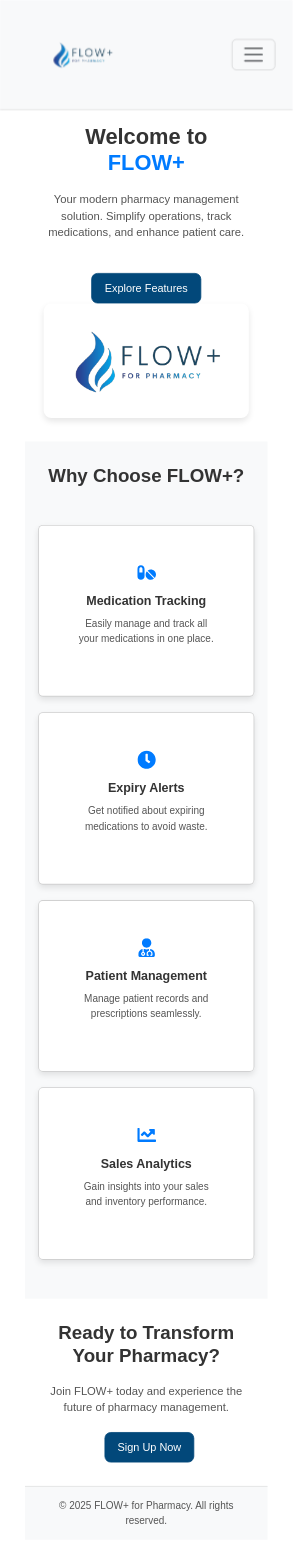
Repository: bindukabusara/Frontend
Page: /
The author's editor kept a copy of each file at every save. The page is drawn from the files as they stood at one save, then again after the next save.
The browser window is 375 px wide. The pictures show the whole page, at 78% of full size.
The project was rebuilt for these pictures with package versions that can differ from the ones it lists, and the page was loaded fresh each time. Also part of the build but not shown: vite.config.js, src/components/authentification/Signup.css, src/components/authentification/Signup.jsx, src/components/authentification/Login.jsx, src/components/Pharmacy/Sidebar/sidebar.css, src/components/Pharmacy/Sidebar/Sidebar.jsx, src/components/Pharmacy/Sidebar/Navbar.jsx, src/components/Content/Dashboard.jsx and 16 more.

Above is the page before, as saved 2025-03-25 20:38:10.

### index.html
<!doctype html>
<html lang="en">

<head>
  <meta charset="UTF-8" />
  <link rel="icon" type="image/png" href="/Logo.png" />
  <meta name="viewport" content="width=device-width, initial-scale=1.0" />
  <title> FLOW +</title>

</head>

<body>
  <div id="root"></div>
  <script type="module" src="/src/main.jsx"></script>
</body>

</html>

### src/App.jsx
import Home from './components/Home';
import Signup from '../src/components/authentification/Signup'
import './App.css';
import 'bootstrap/dist/css/bootstrap.min.css';
import { BrowserRouter, Routes, Route } from 'react-router-dom';
import Login from '../src/components/authentification/Login';
import Sidebar from '../src/components/Pharmacy/Sidebar/Sidebar'
import Dashboard from '../src/components/Content/Dashboard'
import MedicationStore from './components/Content/MedicationStore';
import ExpiringMedications from "./components/Content/ExpiringMedications";
import Navbar from "./components/Pharmacy/Sidebar/Navbar";
import ReportP from "./components/Content/ReportP";
import OrderPage from './components/Content/OrderPage';

// Patient side
import Dash from './componentp/contents/Dash';
import Card from './componentp/contents/Card';

//store side
import Store from './components/saler/Content/store';
import DashboardS from './components/saler/Content/DashboardS';
import ExpiringMedicationsS from "./components/saler/Content/ExpiringMedicationsS";
import ReportS from "./components/saler/Content/ReportS";


function App() {
  return (
    <BrowserRouter>
      <Routes>
        <Route path="/" element={<Home />} index /> {/* Set Home as the default page */}
        <Route path='/navbar' element={<Navbar />} />
        <Route path='/home' element={<Home />} />
        <Route path="/dashboard" element={<Dashboard />} />
        <Route path='/register' element={<Signup />} />
        <Route path='/login' element={<Login />} />
        <Route path='/sidebar' element={<Sidebar />} />
        <Route path='/medications' element={<MedicationStore />} />
        <Route path="/expiring-medications" element={<ExpiringMedications />} />
        <Route path='/reportP' element={<ReportP/>}/>
        <Route path='/order' element={<OrderPage/>}/>

        <Route path='/dash' element={<Dash/>}/>
        <Route path='/card' element={<Card/>}/>

        <Route path='/store' element={<Store/>}/>
        <Route path="/dashboardS" element={<DashboardS />} />
        <Route path="/expiring-medicationsS" element={<ExpiringMedicationsS />} />
        <Route path='/reportS' element={<ReportS/>}/>

      </Routes>
    </BrowserRouter>
  );
}

export default App;

### src/App.css
#root {
  max-width: 1280px;
  margin: 0 auto;
  padding: 2rem;
  text-align: center;
}

.logo {
  height: 6em;
  padding: 1.5em;
  will-change: filter;
  transition: filter 300ms;
}
.logo:hover {
  filter: drop-shadow(0 0 2em #646cffaa);
}
.logo.react:hover {
  filter: drop-shadow(0 0 2em #61dafbaa);
}

@keyframes logo-spin {
  from {
    transform: rotate(0deg);
  }
  to {
    transform: rotate(360deg);
  }
}

@media (prefers-reduced-motion: no-preference) {
  a:nth-of-type(2) .logo {
    animation: logo-spin infinite 20s linear;
  }
}

.card {
  padding: 2em;
}

.read-the-docs {
  color: #ffffff;
}

### src/components/Content/ExpiringMedications.css
.expiring-medications-container {
    display: flex;
  }

  .main-content {
    flex: 1;
    padding: 20px;
  }

  .medication-image {
    width: 50px;
    height: 50px;
    object-fit: cover;
    border-radius: 5px;
  }
  .expiring-medications-container {
    display: flex;
  }

  .main-content {
    flex: 1;
    padding: 10px;
    background-color: #f8f9fa;
  }

  /* Card styling */
  .expired-card {
    background-color: #ff4444; /* Red background for expired medications */
    color: white; /* White text */
    border-radius: 10px;
    box-shadow: 0 4px 8px rgba(0, 0, 0, 0.1);
  }

  .expiring-soon-card {
    background-color: #ffb444; /* Orange background for expiring soon medications */
    color: white; /* White text */
    border-radius: 10px;
    box-shadow: 0 4px 8px rgba(0, 0, 0, 0.1);
  }

  .expiring-three-months-card {
    background-color: #44b4ff; /* Blue background for expiring in three months medications */
    color: white; /* White text */
    border-radius: 10px;
    box-shadow: 0 4px 8px rgba(0, 0, 0, 0.1);
  }

  /* Dropdown styling */
  .dropdown-toggle {
    width: 100%;
    text-align: left;
    background-color: transparent;
    border: none;
  }

  .dropdown-menu {
    width: 100%;
    max-height: 200px;
    overflow-y: auto;
  }

  .dropdown-item {
    padding: 10px;
    color: #333;
  }

  .dropdown-item:hover {
    background-color: #f8f9fa;
  }

  /* Description styling */
  p {
    margin-top: 10px;
    font-size: 14px;
    color: #fff;
  }

  .expiring-medications-container {
    display: flex;
  }

  .main-content {
    flex: 1;
    padding: 20px;
    background-color: #efeeee;
  }

  /* Card styling */
  .expired-card,
  .expiring-soon-card,
  .expiring-three-months-card {
    background-color: #ffffff; /* White background for cards */
    border-radius: 10px;
    box-shadow: 0 4px 8px rgba(0, 0, 0, 0.1);
    padding: 20px;
  }

  /* Button styling */
  .custom-button {
    background-color: #02487a; /* Blue background */
    color: white; /* White text */
    font-weight: bold; /* Bold text */
    border: none;
    padding: 10px 20px;
    border-radius: 5px;
    width: 100%;
    text-align: left;
    display: flex;
    align-items: center;
    transition: background-color 0.3s ease;
  }

  .custom-button:hover {
    background-color: #1a4661; /* Darker blue on hover */
  }

  /* Icon styling */
  .button-icon {
    margin-right: 10px;
    font-size: 18px;
  }

  /* Description styling */
  p {
    margin-top: 10px;
    font-size: 18px;
    color: #555;
  }

### src/components/Pharmacy/Sidebar/Navbar.css
/* Navbar Styles */
.navbar {
  background-color: #fff; /* Updated navbar color */
  color: #fff; /* White text */
  padding: 5px 10px;
  box-shadow: 0 2px 5px rgba(255, 255, 255, 0.1);
  position: fixed;
  top: 0;
  left: 0;
  width: 100%;
  z-index: 100;
  display: flex;
  align-items: center;
}

.navbar-content {
  display: flex;
  align-items: center;
  width: 100%;
  max-width: 1200px;
  margin: 0 auto;
}



.navbar-logo img {
  height: 70px; /* Adjust logo size */
}

/* Logout option styling */
.navbar-actions {
  margin-left: auto; /* Push logout to the extreme right */
  display: flex;
  align-items: center;
}

.navbar-actions .logout-option {
  color: #000000;
  cursor: pointer;
  font-size: 16px;
  display: flex;
  align-items: center;
  gap: 8px; /* Space between icon and text */
  transition: opacity 0.3s ease;
}

.navbar-actions .logout-option:hover {
  opacity: 0.8; /* Slight fade on hover */
}

/* Logout icon styling */
.navbar-actions .logout-option svg {
  width: 16px;
  height: 16px;
}

/* Logout Popup Overlay */
.logout-popup-overlay {
  position: fixed;
  top: 0;
  left: 0;
  width: 100%;
  height: 100%;
  background-color: rgba(0, 0, 0, 0.5); /* Semi-transparent black overlay */
  display: flex;
  justify-content: center;
  align-items: center;
  z-index: 1001;
}

/* Logout Popup */
.logout-popup {
  background-color: #fff;
  padding: 20px;
  border-radius: 10px;
  box-shadow: 0 2px 10px rgba(0, 0, 0, 0.1);
  text-align: center;
  max-width: 300px;
  width: 100%;
}

.logout-popup h3 {
  margin-bottom: 20px;
  color: #333;
}

.popup-buttons {
  display: flex;
  justify-content: center;
  gap: 10px;
}

.popup-buttons button {
  padding: 8px 16px;
  border: none;
  border-radius: 5px;
  cursor: pointer;
  font-size: 14px;
  transition: background-color 0.3s ease;
}

.popup-buttons .confirm-button {
  background-color: #ff4d4d; /* Red button */
  color: #fff;
}

.popup-buttons .confirm-button:hover {
  background-color: #e60000; /* Darker red on hover */
}

.popup-buttons .cancel-button {
  background-color: #1D328D; /* Updated navbar color */
  color: #fff;
}

.popup-buttons .cancel-button:hover {
  background-color: #16236b; /* Darker blue on hover */
}

### src/components/Content/Report.css
/* Report.css */
.report-page-container {
  display: flex;
  flex-direction: column;
  min-height: 100vh;
  background-color: #f8f9fa; /* Light background for the entire page */
}

.main-content {
  flex: 1;
  padding: 20px;
  margin-left: 250px; /* Adjust based on your sidebar width */
}

/* Cards styling */
.report-card {
  text-align: center;
  margin-bottom: 20px;
  box-shadow: 0 4px 8px rgba(0, 0, 0, 0.1);
  border: none;
  border-radius: 10px;
  transition: transform 0.2s, box-shadow 0.2s;
  height: 150px; /* Fixed height for all cards */
  display: flex;
  flex-direction: column;
  justify-content: space-between;
  overflow: hidden; /* Ensure content doesn't overflow */
}

.report-card:hover {
  transform: translateY(-5px);
  box-shadow: 0 8px 16px rgba(0, 0, 0, 0.2);
}

/* Upper part of the card (title) */
.report-card .card-title-section {
  background-color: #fff; /* White background for the title */
  padding: 15px;
  border-bottom: 1px solid #ddd; /* Separator line */
}

.report-card .card-title {
  font-size: 1.1rem;
  font-weight: bold;
  color: #333; /* Darker text for better readability */
  margin: 0; /* Remove default margin */
}

/* Lower part of the card (value) */
.report-card .card-value-section {
  flex: 1;
  display: flex;
  align-items: center;
  justify-content: center;
  padding: 15px;
}

.report-card .card-value {
  font-size: 1.5rem;
  font-weight: bold;
  color: #fff; /* White text for better contrast */
  margin: 0; /* Remove default margin */
}

/* Year selection dropdown */
.form-group label {
  font-weight: bold;
  color: #555;
}

.form-control {
  border-radius: 5px;
  border: 1px solid #ced4da;
}

/* Graph cards */
.graph-card {
  padding: 20px;
  border: none;
  border-radius: 10px;
  box-shadow: 0 4px 8px rgba(0, 0, 0, 0.1);
  background-color: #fff;
}

.graph-card h4 {
  margin-bottom: 20px;
  font-weight: bold;
  color: #333;
}

/* Pie chart styling */
.pie-chart-container {
  display: flex;
  justify-content: center;
  align-items: center;
  height: 100%; /* Ensure the pie chart fits the card */
}

/* Bar chart styling */
.bar-chart-container {
  height: 400px; /* Fixed height for the bar chart */
}

/* Detailed table styling */
.detailed-report-card {
  padding: 20px;
  border: none;
  border-radius: 10px;
  box-shadow: 0 4px 8px rgba(0, 0, 0, 0.1);
  background-color: #fff;
}

.detailed-report-card h4 {
  margin-bottom: 20px;
  font-weight: bold;
  color: #333;
}

.detailed-report-card table {
  width: 100%;
  border-collapse: collapse;
}

.detailed-report-card th,
.detailed-report-card td {
  padding: 12px;
  text-align: left;
  border-bottom: 1px solid #ddd;
}

.detailed-report-card th {
  background-color: #007bff;
  color: #fff;
  font-weight: bold;
}

.detailed-report-card tr:hover {
  background-color: #f1f1f1;
}

/* Print-specific styles */
@media print {
  .report-page-container {
    display: block;
  }

  .main-content {
    padding: 0;
  }

  .report-card {
    box-shadow: none;
    border: 1px solid #ddd;
  }

  .report-card .card-value {
    color: #000;
  }

  .btn {
    display: none; /* Hide the print button when printing */
  }
}

### src/components/Content/order.css
.all-carts-page-container {
    padding: 20px;
  }

  .main-content {
    margin-left: 250px; /* Adjust based on your sidebar width */
  }

  .medication-image {
    width: 50px;
    height: 50px;
    object-fit: cover;
    margin-right: 10px;
  }

  .table td {
    vertical-align: middle; /* Align content vertically in the middle */
  }

  .modal-body {
    padding: 20px;
  }

  .modal-footer {
    justify-content: space-between;
  }

  /* Style the time input */
  input[type="time"] {
    padding: 8px;
    border: 1px solid #ccc;
    border-radius: 4px;
    width: 100%;
  }

  /* Style the "Add Another Time" button */
  .btn-secondary {
    margin-top: 10px;
  }

  .custom-table {
    width: 100%;
    border-collapse: collapse;
    margin-top: 20px;
    box-shadow: 0 4px 8px rgba(0, 0, 0, 0.1);
    background-color: #fff;
  }

  .custom-table th,
  .custom-table td {
    padding: 12px;
    text-align: left;
    border-bottom: 1px solid #ddd;
  }

  .custom-table th {
    background-color: #02487a;
    color: #fff;
    font-weight: bold;
    text-transform: uppercase;
    font-size: 12px;
  }

  .custom-table tbody tr:hover {
    background-color: #f1f1f1;
  }

  .custom-table tbody tr:nth-child(even) {
    background-color: #f9f9f9;
  }

  /* Medication Image Styling */
  .medication-image {
    width: 30px;
    height: 30px;
    border-radius: 5px;
    object-fit: cover;
  }

  /* Button Styling */
  .btn-primary {
    background-color:#02487a;
    border-color: #02487a;
    font-size: 14px;
    padding: 8px 16px;
  }

  .btn-primary:hover {
    background-color: #02487a;;
    border-color:#02487a;;
  }

### src/componentp/contents/Orders.css
/* General Styles */
.order-container {
  display: flex;
  flex-direction: column;
  min-height: 100vh;
  padding-top: 70px;
}

.main-content {
  flex-grow: 1;
  padding: 20px;
  margin-left: 320px;
  transition: margin-left 0.3s ease;
}

@media (max-width: 768px) {
  .main-content {
    margin-left: 0;
    padding: 15px;
  }
}

h2 {
  text-align: center;
  margin-bottom: 20px;
  color: #02487a;
}

/* Search Bar Styles */
.search-bar {
  margin-bottom: 20px;
}

.search-bar input {
  width: 100%;
  padding: 10px;
  border-radius: 5px;
  border: 1px solid #ddd;
  font-size: 16px;
  box-shadow: 0px 2px 4px rgba(0, 0, 0, 0.1);
}

.search-bar input:focus {
  border-color: #02487a;
  outline: none;
}

/* Medication Card Styles */
.med-card {
  border-radius: 10px;
  overflow: hidden;
  box-shadow: 0px 4px 8px rgba(0, 0, 0, 0.1);
  text-align: center;
  padding: 15px;
  background: white;
  transition: transform 0.2s ease-in-out;
  height: 320px;
  display: flex;
  flex-direction: column;
  justify-content: space-between;
  margin-bottom: 20px;
}

.med-card:hover {
  transform: translateY(-5px);
}

.med-img-container {
  display: flex;
  justify-content: center;
  align-items: center;
  height: 150px;
  background: #f8f8f8;
}

.med-img {
  max-height: 100%;
  max-width: 100%;
  object-fit: cover;
}

.med-name {
  font-size: 16px;
  font-weight: bold;
  margin: 10px 0;
}

.med-price {
  font-size: 14px;
  font-weight: bold;
  color: #007bff;
}

.add-btn {
  background-color: #02487a;
  color: white;
  border: none;
  font-size: 16px;
  font-weight: bold;
  border-radius: 5px;
  width: 100%;
  height: 40px;
  text-align: center;
  padding: 5px;
  margin-top: 10px;
}

.add-btn:hover {
  background-color: #02487a;
}

/* Cart Styles */
.cart-item {
  display: flex;
  align-items: center;
  justify-content: space-between;
  margin-bottom: 15px;
  padding: 10px;
  border-bottom: 1px solid #ddd;
}

.cart-img {
  width: 50px;
  height: 50px;
  object-fit: cover;
  border-radius: 5px;
}

.cart-controls {
  display: flex;
  align-items: center;
  gap: 5px;
}

.cart-controls button {
  border: none;
  font-size: 16px;
  width: 30px;
  height: 30px;
  border-radius: 5px;
}

.cart-controls button:first-child {
  background-color: #dc3545;
  color: white;
}

.cart-controls button:last-child {
  background-color: #02487a;
  color: white;
}

.cart-controls span {
  font-size: 16px;
  font-weight: bold;
  min-width: 30px;
  text-align: center;
}

/* Shopping Cart Styles */
.cart-summary {
  margin-top: 20px;
  padding: 15px;
  background: #f8f8f8;
  border-radius: 10px;
  position: sticky;
  bottom: 0;
  z-index: 1;
}

.cart-summary p {
  margin: 5px 0;
}

.cart-summary .total {
  font-size: 18px;
  font-weight: bold;
  margin-top: 10px;
}

.cart-summary .checkout-btn {
  background-color: #02487a;
  color: white;
  border: none;
  font-size: 16px;
  font-weight: bold;
  border-radius: 5px;
  width: 100%;
  height: 40px;
  text-align: center;
  padding: 5px;
  margin-top: 10px;
}

.cart-summary .checkout-btn:hover {
  background-color: #02487a;
}

.delete-icon {
  color: #dc3545;
  cursor: pointer;
  font-size: 18px;
}

/* Responsive Grid Adjustments */
@media (max-width: 1200px) {
  .med-card {
    height: auto;
  }
}

@media (max-width: 768px) {
  .main-content {
    padding: 10px;
  }

  .med-card {
    height: auto;
    padding: 10px;
  }

  .add-btn {
    font-size: 14px;
    height: 35px;
  }

  .cart-img {
    width: 40px;
    height: 40px;
  }
}

@media (max-width: 576px) {
  .main-content {
    padding-left: 15px;
    padding-right: 15px;
  }

  .med-card {
    border-radius: 10px;
    margin-bottom: 15px;
    box-shadow: 0px 2px 4px rgba(0, 0, 0, 0.1);
  }

  .user-info {
    padding-left: 0;
    padding-right: 0;
  }

  .search-bar {
    padding-left: 0;
    padding-right: 0;
  }
}

/* Add these at the bottom of your existing Orders.css */
@media (max-width: 576px) {
  .order-container {
    padding-top: 60px;
  }

  .main-content {
    padding: 10px;
    width: 100%;
    margin-left: 0;
    box-sizing: border-box;
  }

  .med-card {
    width: 100%;
    height: auto;
    margin-bottom: 15px;
    padding: 10px;
  }

  .med-img-container {
    height: 120px;
  }

  .row {
    margin-left: 0;
    margin-right: 0;
  }

  .col-md-3 {
    padding-left: 5px;
    padding-right: 5px;
    flex: 0 0 100%;
    max-width: 100%;
  }

  .search-bar {
    width: 100%;
    padding: 0;
  }

  .user-info {
    padding: 0 10px;
  }

  /* Ensure no horizontal overflow */
  body, html {
    overflow-x: hidden;
    width: 100%;
  }
}

### src/components/saler/Content/ExpiringMedications.css
.expiring-medications-container {
    display: flex;
  }

  .main-content {
    flex: 1;
    padding: 20px;
  }

  .medication-image {
    width: 50px;
    height: 50px;
    object-fit: cover;
    border-radius: 5px;
  }
  .expiring-medications-container {
    display: flex;
  }

  .main-content {
    flex: 1;
    padding: 10px;
    background-color: #f8f9fa;
  }

  /* Card styling */
  .expired-card {
    background-color: #ff4444; /* Red background for expired medications */
    color: white; /* White text */
    border-radius: 10px;
    box-shadow: 0 4px 8px rgba(0, 0, 0, 0.1);
  }

  .expiring-soon-card {
    background-color: #ffb444; /* Orange background for expiring soon medications */
    color: white; /* White text */
    border-radius: 10px;
    box-shadow: 0 4px 8px rgba(0, 0, 0, 0.1);
  }

  .expiring-three-months-card {
    background-color: #44b4ff; /* Blue background for expiring in three months medications */
    color: white; /* White text */
    border-radius: 10px;
    box-shadow: 0 4px 8px rgba(0, 0, 0, 0.1);
  }

  /* Dropdown styling */
  .dropdown-toggle {
    width: 100%;
    text-align: left;
    background-color: transparent;
    border: none;
  }

  .dropdown-menu {
    width: 100%;
    max-height: 200px;
    overflow-y: auto;
  }

  .dropdown-item {
    padding: 10px;
    color: #333;
  }

  .dropdown-item:hover {
    background-color: #f8f9fa;
  }

  /* Description styling */
  p {
    margin-top: 10px;
    font-size: 14px;
    color: #fff;
  }

  .expiring-medications-container {
    display: flex;
  }

  .main-content {
    flex: 1;
    padding: 20px;
    background-color: #efeeee;
  }

  /* Card styling */
  .expired-card,
  .expiring-soon-card,
  .expiring-three-months-card {
    background-color: #ffffff; /* White background for cards */
    border-radius: 10px;
    box-shadow: 0 4px 8px rgba(0, 0, 0, 0.1);
    padding: 20px;
  }

  /* Button styling */
  .custom-button {
    background-color: #02487a; /* Blue background */
    color: white; /* White text */
    font-weight: bold; /* Bold text */
    border: none;
    padding: 10px 20px;
    border-radius: 5px;
    width: 100%;
    text-align: left;
    display: flex;
    align-items: center;
    transition: background-color 0.3s ease;
  }

  .custom-button:hover {
    background-color: #1a4661; /* Darker blue on hover */
  }

  /* Icon styling */
  .button-icon {
    margin-right: 10px;
    font-size: 18px;
  }

  /* Description styling */
  p {
    margin-top: 10px;
    font-size: 18px;
    color: #555;
  }

### src/componentp/bar/Navbar.css
/* Navbar Styles */
.navbar {
  background-color: #fff; /* Updated navbar color */
  color: #fff; /* White text */
  padding: 5px 10px;
  box-shadow: 0 2px 5px rgba(255, 255, 255, 0.1);
  position: fixed;
  top: 0;
  left: 0;
  width: 100%;
  z-index: 100;
  display: flex;
  align-items: center;
}

.navbar-content {
  display: flex;
  align-items: center;
  width: 100%;
  max-width: 1200px;
  margin: 0 auto;
}



.navbar-logo img {
  height: 70px; /* Adjust logo size */
}

/* Logout option styling */
.navbar-actions {
  margin-left: auto; /* Push logout to the extreme right */
  display: flex;
  align-items: center;
}

.navbar-actions .logout-option {
  color: #000000;
  cursor: pointer;
  font-size: 16px;
  display: flex;
  align-items: center;
  gap: 8px; /* Space between icon and text */
  transition: opacity 0.3s ease;
}

.navbar-actions .logout-option:hover {
  opacity: 0.8; /* Slight fade on hover */
}

/* Logout icon styling */
.navbar-actions .logout-option svg {
  width: 16px;
  height: 16px;
}

/* Logout Popup Overlay */
.logout-popup-overlay {
  position: fixed;
  top: 0;
  left: 0;
  width: 100%;
  height: 100%;
  background-color: rgba(0, 0, 0, 0.5); /* Semi-transparent black overlay */
  display: flex;
  justify-content: center;
  align-items: center;
  z-index: 1001;
}

/* Logout Popup */
.logout-popup {
  background-color: #fff;
  padding: 20px;
  border-radius: 10px;
  box-shadow: 0 2px 10px rgba(0, 0, 0, 0.1);
  text-align: center;
  max-width: 300px;
  width: 100%;
}

.logout-popup h3 {
  margin-bottom: 20px;
  color: #333;
}

.popup-buttons {
  display: flex;
  justify-content: center;
  gap: 10px;
}

.popup-buttons button {
  padding: 8px 16px;
  border: none;
  border-radius: 5px;
  cursor: pointer;
  font-size: 14px;
  transition: background-color 0.3s ease;
}

.popup-buttons .confirm-button {
  background-color: #ff4d4d; /* Red button */
  color: #fff;
}

.popup-buttons .confirm-button:hover {
  background-color: #e60000; /* Darker red on hover */
}

.popup-buttons .cancel-button {
  background-color: #1D328D; /* Updated navbar color */
  color: #fff;
}

.popup-buttons .cancel-button:hover {
  background-color: #16236b; /* Darker blue on hover */
}

### src/components/saler/Bar/Navbar.css
/* Navbar Styles */
.navbar {
  background-color: #fff; /* Updated navbar color */
  color: #fff; /* White text */
  padding: 5px 10px;
  box-shadow: 0 2px 5px rgba(255, 255, 255, 0.1);
  position: fixed;
  top: 0;
  left: 0;
  width: 100%;
  z-index: 100;
  display: flex;
  align-items: center;
}

.navbar-content {
  display: flex;
  align-items: center;
  width: 100%;
  max-width: 1200px;
  margin: 0 auto;
}



.navbar-logo img {
  height: 70px; /* Adjust logo size */
}

/* Logout option styling */
.navbar-actions {
  margin-left: auto; /* Push logout to the extreme right */
  display: flex;
  align-items: center;
}

.navbar-actions .logout-option {
  color: #000000;
  cursor: pointer;
  font-size: 16px;
  display: flex;
  align-items: center;
  gap: 8px; /* Space between icon and text */
  transition: opacity 0.3s ease;
}

.navbar-actions .logout-option:hover {
  opacity: 0.8; /* Slight fade on hover */
}

/* Logout icon styling */
.navbar-actions .logout-option svg {
  width: 16px;
  height: 16px;
}

/* Logout Popup Overlay */
.logout-popup-overlay {
  position: fixed;
  top: 0;
  left: 0;
  width: 100%;
  height: 100%;
  background-color: rgba(0, 0, 0, 0.5); /* Semi-transparent black overlay */
  display: flex;
  justify-content: center;
  align-items: center;
  z-index: 1001;
}

/* Logout Popup */
.logout-popup {
  background-color: #fff;
  padding: 20px;
  border-radius: 10px;
  box-shadow: 0 2px 10px rgba(0, 0, 0, 0.1);
  text-align: center;
  max-width: 300px;
  width: 100%;
}

.logout-popup h3 {
  margin-bottom: 20px;
  color: #333;
}

.popup-buttons {
  display: flex;
  justify-content: center;
  gap: 10px;
}

.popup-buttons button {
  padding: 8px 16px;
  border: none;
  border-radius: 5px;
  cursor: pointer;
  font-size: 14px;
  transition: background-color 0.3s ease;
}

.popup-buttons .confirm-button {
  background-color: #ff4d4d; /* Red button */
  color: #fff;
}

.popup-buttons .confirm-button:hover {
  background-color: #e60000; /* Darker red on hover */
}

.popup-buttons .cancel-button {
  background-color: #1D328D; /* Updated navbar color */
  color: #fff;
}

.popup-buttons .cancel-button:hover {
  background-color: #16236b; /* Darker blue on hover */
}

Loaded but not shown: src/main.jsx (common file); src/index.css (common file); src/components/Home.jsx (182 lines, source omitted); src/components/Content/MedicationStore.css (337 lines, source omitted); src/components/Home.css (293 lines, source omitted); src/components/Content/Dashboard.css (222 lines, source omitted); src/components/saler/Content/Dashboard.css (222 lines, source omitted); src/componentp/contents/Card.css (218 lines, source omitted); src/components/saler/Content/Report.css (163 lines, source omitted); src/components/saler/Content/store.css (no stored copy; drawn as an empty file)

After the next save:
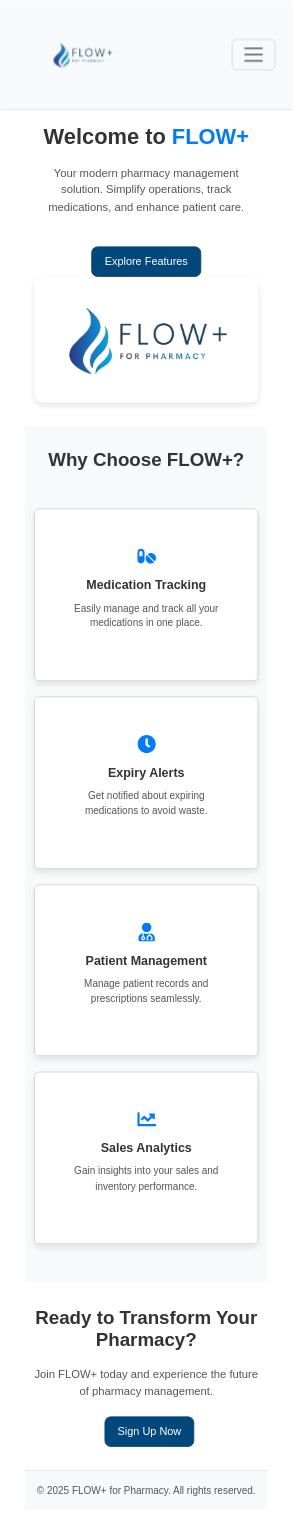
Saved 3 min 18 s later.
--- a/src/componentp/contents/Orders.css
+++ b/src/componentp/contents/Orders.css
@@ -252,55 +252,3 @@ h2 {
     padding-right: 0;
   }
 }
-
-/* Add these at the bottom of your existing Orders.css */
-@media (max-width: 576px) {
-  .order-container {
-    padding-top: 60px;
-  }
-
-  .main-content {
-    padding: 10px;
-    width: 100%;
-    margin-left: 0;
-    box-sizing: border-box;
-  }
-
-  .med-card {
-    width: 100%;
-    height: auto;
-    margin-bottom: 15px;
-    padding: 10px;
-  }
-
-  .med-img-container {
-    height: 120px;
-  }
-
-  .row {
-    margin-left: 0;
-    margin-right: 0;
-  }
-
-  .col-md-3 {
-    padding-left: 5px;
-    padding-right: 5px;
-    flex: 0 0 100%;
-    max-width: 100%;
-  }
-
-  .search-bar {
-    width: 100%;
-    padding: 0;
-  }
-
-  .user-info {
-    padding: 0 10px;
-  }
-
-  /* Ensure no horizontal overflow */
-  body, html {
-    overflow-x: hidden;
-    width: 100%;
-  }
-}
